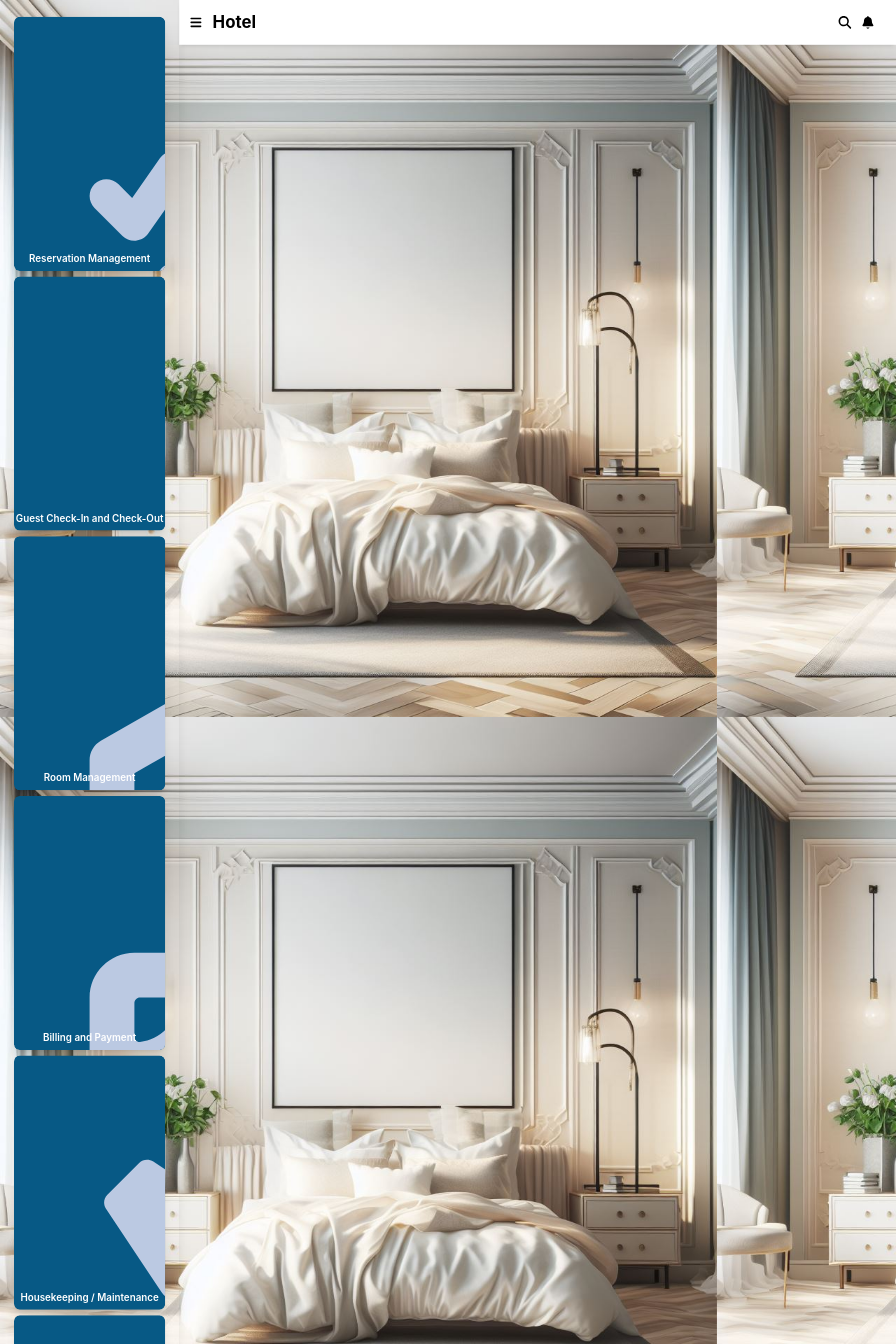
Repository: musabismael/Hotel
Page: /reporting_and_analytics
The author's editor kept a copy of each file at every save. The page is drawn from the files as they stood at one save, then again after a run of saves.
The browser window is 1280 px wide. The pictures show the part of the page from y = 0 to 1920 px (the page is 4512 px tall before and 3016 px after), at 70% of full size.
The project was rebuilt for these pictures with package versions that can differ from the ones it lists, and the page was loaded fresh each time. Also part of the build but not shown: vite.config.js, src/App.css, src/pages/ReservationManagement.jsx, src/pages/GuestCheckInOut.jsx, src/pages/RoomManagement.jsx, src/pages/BillingPayment.jsx, src/pages/HousekeepingMaintenance.jsx, src/pages/GuestServices.jsx and 5 more.

Above is the page before, as saved 2023-10-01 16:55:36.

### index.html
<!doctype html>
<html lang="en">
  <head>
    <meta charset="UTF-8" />
    <link rel="icon" type="image/svg+xml" href="/vite.svg" />
    <meta name="viewport" content="width=device-width, initial-scale=1.0" />
    <title>Hotel</title>
  </head>
  <body>
    <div id="root"></div>
    <script type="module" src="/src/main.jsx"></script>
  </body>
</html>

### src/App.jsx
import "./App.css";
import { createBrowserRouter } from "react-router-dom";
import { RouterProvider } from "react-router";
import LandingPageLayout from "./layouts/LandingPageLayout";
import ReservationManagement from "./pages/ReservationManagement";
import GuestCheckInOut from "./pages/GuestCheckInOut";
import RoomManagement from "./pages/RoomManagement";
import BillingPayment from "./pages/BillingPayment";
import HousekeepingMaintenance from "./pages/HousekeepingMaintenance";
import GuestServices from "./pages/GuestServices";
import FrontDeskOperations from "./pages/FrontDeskOperations";
import InventoryManagement from "./pages/InventoryManagement";
import ReportingAnalytics from "./pages/ReportingAnalytics";
import SecurityAccessControl from "./pages/SecurityAccessControl";
import PointOfSale from "./pages/PointOfSale";
import CRM from "./pages/CRM"; // Import the CRM component
const router = createBrowserRouter([
  {
    path: "/",
    element: <LandingPageLayout />,
    children: [
      {
        path: "/reservation_management",
        element: <ReservationManagement />,
      },
      {
        path: "/guestCheckInOut",
        element: <GuestCheckInOut />,
      },
      {
        path: "/billing_and_payment",
        element: <BillingPayment />,
      },
      {
        path: "/room_management",
        element: <RoomManagement />,
      },
      {
        path: "/housekeeping_maintenance",
        element: <HousekeepingMaintenance />,
      },
      {
        path: "/guest_services",
        element: <GuestServices />,
      }, {
        path: "/desk_operations",
        element: <FrontDeskOperations />,
      }, {
        path: "/security_control",
        element: <SecurityAccessControl />,
      },
      {
        path: "/reporting_and_analytics",
        element: <ReportingAnalytics />,
      }, {
        path: "/inventory_management",
        element: <InventoryManagement />,
      },
      {
        path: "/pos",
        element: <PointOfSale />,
      },
      {
        path: "/crm",
        element: <CRM />,
      },
    ],
  },
]);

const App = () => <RouterProvider router={router} />;
export default App;

### src/index.css
@tailwind base;
@tailwind components;
@tailwind utilities;

:root {
  font-family: Inter, system-ui, Avenir, Helvetica, Arial, sans-serif;
  line-height: 1.5;
  font-weight: 400;
  background-image: url("cover.jpeg"), url("cover.jpeg");
  background-color:#397398;

  font-synthesis: none;
  text-rendering: optimizeLegibility;
  -webkit-font-smoothing: antialiased;
  -moz-osx-font-smoothing: grayscale;
  -webkit-text-size-adjust: 100%;
}

### src/layouts/LandingPageLayout.jsx
import { Outlet } from "react-router";
import Header from "../component/Header";
import Sidebar from "../component/Sidebar";
const LandingPageLayout = () => {
  return (
    <div className="flex #3d7c9f">
      <Sidebar />

      <div className="flex-1">
        <Header />
        <main className="p-4">
          <Outlet />
        </main>
      </div>
    </div>
  );
};

export default LandingPageLayout;

### src/pages/ReportingAnalytics.jsx

const ReportingAnalytics = () => {
  return (
    <div>

    </div>
  )
}

export default ReportingAnalytics

### src/component/Header.jsx
import { FontAwesomeIcon } from "@fortawesome/react-fontawesome";
import { faBars, faBell, faSearch } from "@fortawesome/free-solid-svg-icons";

function Header() {
  return (
    <header className="bg-white shadow-md p-4 flex justify-between items-center sticky top-0 w-full ">
      <div className="flex items-center">
        <FontAwesomeIcon
          icon={faBars}
          className="text-black mr-4 text-lg color"
        />
        <h1 className="text-2xl font-bold text-black">Hotel</h1>
      </div>
      <div className="flex items-center">
        <FontAwesomeIcon icon={faSearch} className="text-black text-lg mr-4" />
        <FontAwesomeIcon icon={faBell} className="text-black text-lg mr-4" />

        {/* Add other icons or elements on the right side here */}
      </div>
    </header>
  );
}

export default Header;

### src/component/Sidebar.jsx
import Card from "./Card";
import {
  faPersonShelter,
  faListCheck,
  faCheck,
  faMoneyBill,
  faScrewdriverWrench,
  faHeadphones,
  faComputer,
  faCartFlatbed,
  faPersonMilitaryPointing,
  faChartBar,
  faKey,
  faBookmark

} from "@fortawesome/free-solid-svg-icons";

const Sidebar = () => {
  const cardData = [
    {
      id: 1,
      title: "Reservation Management",
      description:
        "Online booking, availability calendar, and booking modification.",
      icon: faListCheck,
      link: "/reservation_management",
    },
    {
      id: 2,
      title: "Guest Check-In and Check-Out",
      description: "Guest registration, check-out, and key card issuance.",
      icon: faCheck,
      link: "/GuestCheckInOut",
    },
    {
      id: 3,
      title: "Room Management",
      description: "Room assignment, status updates, and inventory tracking.",
      icon: faPersonShelter,
      link: "/room_Management",
    },
    {
      id: 4,
      title: "Billing and Payment",
      description: "Invoicing, payment processing, and split billing.",
      icon: faMoneyBill,
      link: "/billing_and_payment",
    },
    {
      id: 5,
      title: "Housekeeping / Maintenance",
      description:
        "Housekeeping schedule, maintenance requests, and inventory management.",
      icon: faScrewdriverWrench,
      link: "/housekeeping_maintenance",
    },
    {
      id: 6,
      title: "Guest Services",
      description:
        "Concierge services, room service, wake-up calls, and laundry services.",
      icon: faHeadphones,
      link: "/guest_services",
    },
    {
      id: 7,
      title: "Front Desk Operations",
      description: "Guest inquiries, check-in/out, and guest profile access.",
      icon: faComputer,
      link: "/desk_operations",
    },
    {
      id: 8,
      title: "Inventory Management",
      description: "Managing hotel supplies and amenities.",
      icon: faCartFlatbed,
      link: "/inventory_management",
    },
    {
      id: 9,
      title: "Reporting and Analytics",
      description: "Generate reports on occupancy, revenue, and key metrics.",
      icon: faChartBar,
      link: "/reporting_and_analytics",
    },

    {
      id: 10,
      title: "Security and Access Control",
      description: "Surveillance camera integration and access control.",
      icon: faKey,
      link: "/security_control",
    },
    {
      id: 11,
      title: "Point of Sale (POS)",
      description:
        "Integration with on-site restaurants, bars, and gift shops.",
      icon: faBookmark,
      link: "/pos",
    },

    {
      id: 12,
      title: "Customer Relationship Management (CRM)",
      description: "Guest profiles, preferences, and loyalty programs.",
      icon: faPersonMilitaryPointing,
      link: "/crm",
    },

    // Add more service/feature objects here
  ];

  const handleCardClick = (id) => {
    console.log(`Card with ID ${id} clicked`);
  };
  return (
    <aside className="bg-white-700  w-1/5 min-h-screen p-4 mt-auto shadow-lg">
      <nav>
        {cardData.map((card) => (
          <Card
            key={card.id}
            link={card.link}
            icon={card.icon}
            title={card.title}
            onClick={() => handleCardClick(card.id)}
          />
        ))}
      </nav>
    </aside>
  );
};

export default Sidebar;

### src/component/Card.jsx
import { Link } from "react-router-dom";
import { FontAwesomeIcon } from "@fortawesome/react-fontawesome";
function Card({ link, icon, title, onClick }) {
  console.log(icon);
  return (
    <div
      className="max-w-sm  mx-1 my-2 cursor-pointer shadow-lg rounded-lg overflow-hidden hover:shadow-xl transition duration-300 transform hover:scale-105"
      onClick={onClick}
    >
      <div className="bg-sky-800 rounded-lg overflow-hidden shadow-lg flex flex-col items-center justify-center">
        <Link to={link} className="text-blue-600 hover:text-blue-800">

          <FontAwesomeIcon
            icon={icon}
            size="2xs"
            className=" w-auto p-40 h-auto object-cover"
            style={{color: "#bbc9e2",}}
          />

          <div className="px-4 py-2 items-center">
            <h3 className=" text-white text-sm  flex flex-col text-ellipsis items-center font-semibold">
              {title}
            </h3>
            {/* Add more content or description here if needed */}
          </div>
        </Link>
      </div>
    </div>
  );
}

export default Card;

Loaded but not shown: src/main.jsx (common file); tailwind.config.js (common file)

After the next 3 saves:
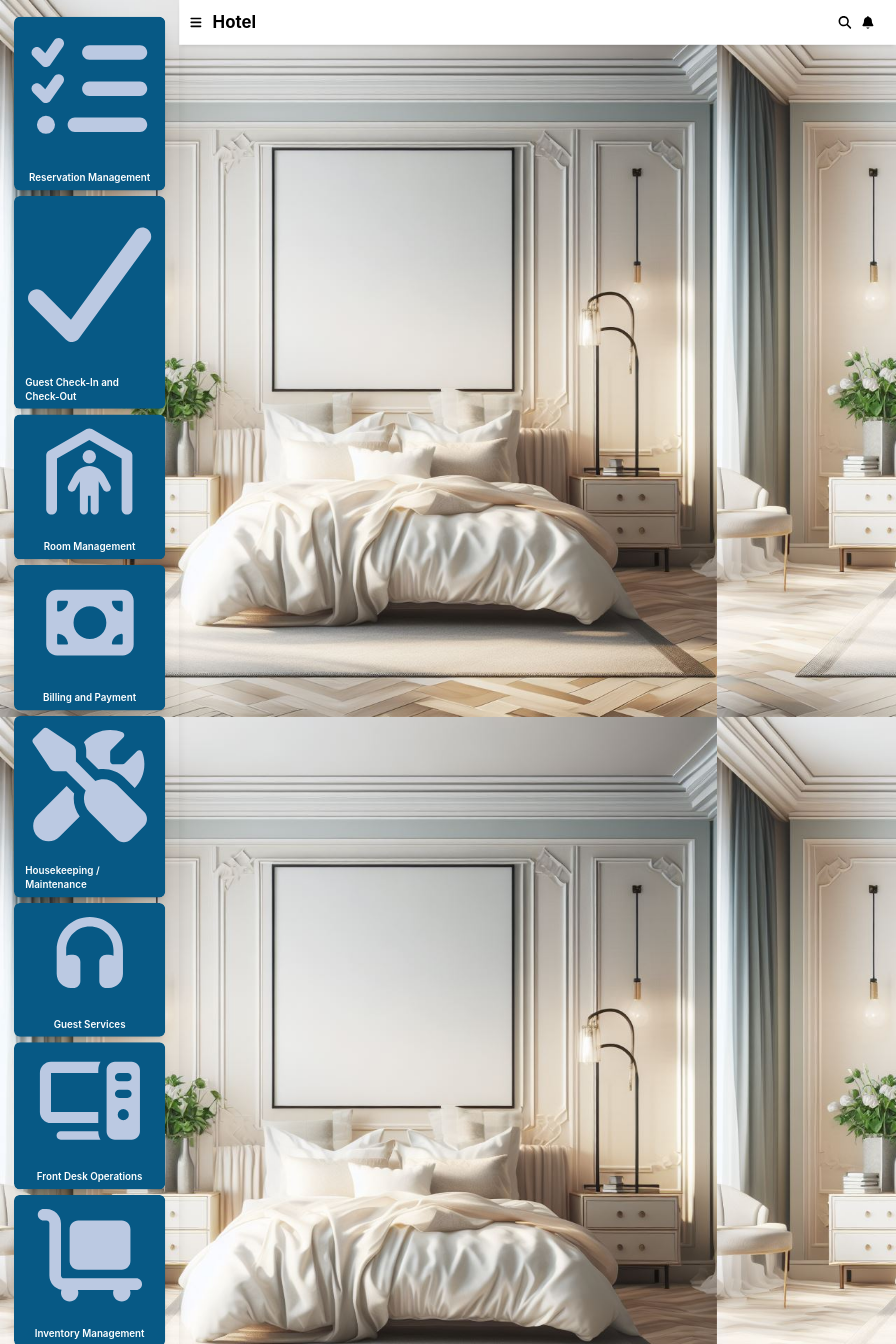
The 3 saves are shown as one change because they came seconds apart.
The last was saved 7 s later.
--- a/src/component/Card.jsx
+++ b/src/component/Card.jsx
@@ -13,7 +13,7 @@ function Card({ link, icon, title, onClick }) {
           <FontAwesomeIcon
             icon={icon}
             size="2xs"
-            className=" w-auto p-40 h-auto object-cover"
+            className=" w-auto p-5 h-auto object-cover"
             style={{color: "#bbc9e2",}}
           />
 
